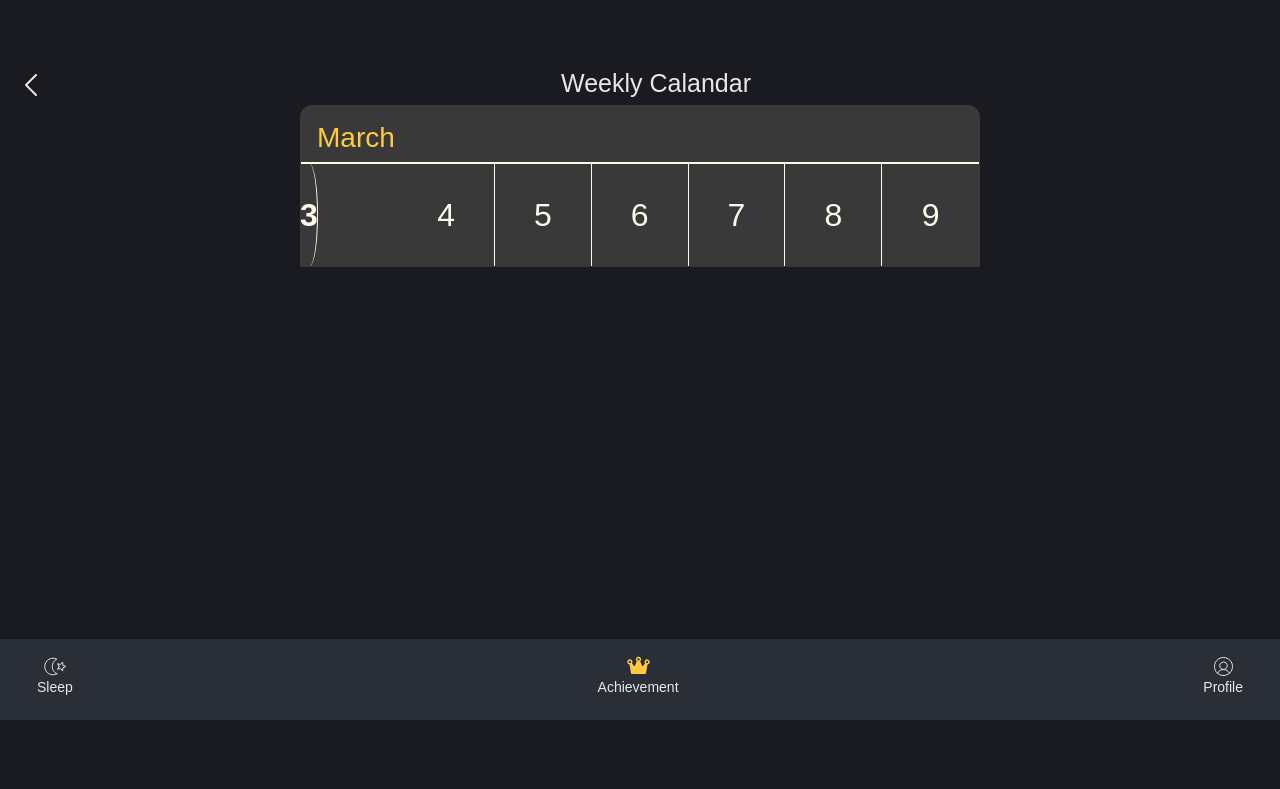
Repository: Crite-Spranberries/sleepixie_app
Page: /weeklyCalendarPage
These files come from the project's save history. The page is drawn as it stood at one moment and after the next save; the edit follows.
The browser window is 1280 px wide. The pictures show the whole page.
Some web fonts or font styles are not loaded; a fallback is used. The project was rebuilt for these pictures with package versions that can differ from the ones it lists, and the page was loaded fresh each time. The framework's server and built-in components were replaced by stand-ins that run in the browser. Also part of the build but not shown: next.config.mjs.

Above is the page before, as saved 2025-05-12 15:46:47.

### pages/_app.js
import '../styles/globals.css';

export default function MyApp({ Component, pageProps }) {
  return (
    <main>
      <Component {...pageProps} />
    </main>
  );
}

### pages/weeklyCalendarPage.js
'use client';
import { useRouter } from 'next/navigation';
import Link from 'next/link';
import NavigationBar from '@/components/Button/NavigationBar';
import HeaderComponent from '@/components/Button/HeaderComponent';
import WeeklyCalendar from '@/components/WeeklyCalendar';
export default function WeeklyCalendarPage() {
  const router = useRouter();
  return (
    <div>
      <HeaderComponent pageName="Weekly Calandar" pageLink="/index" />
      <WeeklyCalendar
        month="March"
        days={[3, 4, 5, 6, 7, 8, 9]}
        highlightDay={3}
      />
      <div className="navigationBarGlobal">
        <NavigationBar
          sleepIcon="/icons/StarAndCrescent.svg"
          achievementIcon="/icons/CrownSelected.svg"
          profileIcon="/icons/UserCircle.svg"
          pageName="Sleep"
          pageName2="Achievement"
          pageName3="Profile"
        />
      </div>
    </div>
  );
}

### styles/globals.css
@import url('https://fonts.googleapis.com/css2?family=Teachers:wght@100;200;300;400;500;600;700;800;900&display=swap');

/* Add any global styles below */
h4 {
  font-size: 25px;
  font-style: normal;
  font-weight: 300;
  line-height: normal;
  margin: 0;
  flex: 3;
  text-align: center;
}

.weeklyAchievement {
  margin: 84px 0 0 16px;
}

.myGoal {
  margin: 30px 0 23px 16px;
}
h3 {
  font-size: 32px;
  font-style: normal;
  font-weight: 100;
  line-height: 29px;
  margin-left: 16px;
}

.sleep,
.additional {
  font-size: 20px;
  font-style: normal;
  font-weight: 600;
  line-height: normal;
  margin-top: 30px;
  margin-bottom: 12px;
}

html {
  font-family: 'Teachers', sans-serif;
  background-color: #191b21;
  color: #e8e8e8;
  margin: 0;
  padding: 0;
}

body {
  margin: 0;
  padding: 0;
  height: 100vh;
  width: 100vw;
}

input {
  color: #ffcb3e;
  background: none;
  border: none;
  font-size: 16px;
  font-style: normal;
  font-weight: 400;
  line-height: normal;
  padding-left: 20px;
}

input::placeholder {
  color: #ffcb3e;
  opacity: 0.5;
}

.buttonContainer {
  width: 100%;
  padding: 0;
  margin-left: 16px;
  display: flex;
  flex-direction: column;
}

.navigationBarGlobal {
  position: fixed;
  left: 0;
  bottom: 0;
  width: 100%;
  background-color: #292e37;
  z-index: 1000;
  display: flex;
  justify-content: space-around;
  align-items: center;
  padding: 0;
}

.supplementList {
  display: flex;
  flex-direction: row;
  justify-content: center;
  flex-wrap: wrap;
  gap: 10px;
}

.searchContainer {
  display: flex;
  justify-content: center;
}

.calendar {
  margin: 60px 16px 0 16px;
  display: flex;
  align-items: center;
  justify-content: center;
}

.myGoalContainer {
  display: flex;
  flex-direction: row;
  justify-content: space-between;
  padding: 0 20.5px 0 20.5px;
}

.characterContainerProgress {
  width: 370px;
  height: 311px;
}

.character {
  margin: 10px 16px 0 16px;
}

.colorChipContainer {
  display: flex;
  flex-direction: row;
  justify-content: space-between;
  padding: 0 16px 0 16px;
}

.colorTheme {
  display: flex;
  justify-content: center;
  font-size: 20px;
  font-style: normal;
  font-weight: 400;
  line-height: normal;
  margin: 30px 0 30px 0;
}

### components/Button/NavigationBar.js
import styles from '@/components/Button/NavigationBar.module.css';
import Image from 'next/image';

const NavigationBar = ({
  pageName,
  pageName2,
  pageName3,
  sleepIcon,
  achievementIcon,
  profileIcon,
}) => {
  return (
    <div className={styles.navigationBar}>
      <div className={styles.navigationBarSleep}>
        <Image src={sleepIcon} alt="arrow-left" width={25} height={25} />
        <p className={styles.pageName}>{pageName}</p>
      </div>
      <div className={styles.navigationBarAchievement}>
        <Image src={achievementIcon} alt="arrow-left" width={25} height={25} />
        <p className={styles.pageName2}>{pageName2}</p>
      </div>
      <div className={styles.navigationBarProfile}>
        <Image src={profileIcon} alt="arrow-left" width={25} height={25} />
        <p className={styles.pageName3}>{pageName3}</p>
      </div>
    </div>
  );
};

export default NavigationBar;

### components/Button/HeaderComponent.js
import styles from './HeaderComponent.module.css';
import Image from 'next/image';
import Link from 'next/link';

const HeaderComponent = ({ pageName, pageLink }) => {
  return (
    <div className={styles.settingHeader}>
      <Link href={pageLink}>
        <Image
          src="/icons/CaretLeft.svg"
          alt="arrow-left"
          width={32}
          height={32}
        />
      </Link>
      <h4 className={styles.pageName}>{pageName}</h4>
    </div>
  );
};

export default HeaderComponent;

### components/WeeklyCalendar.js
import React from 'react';
import styles from './WeeklyCalendar.module.css';

export default function WeeklyCalendar({
  month = 'March',
  days = [3, 4, 5, 6, 7, 8, 9],
  highlightDay = 3,
}) {
  return (
    <div className={styles.calendarContainer}>
      <div className={styles.header}>{month}</div>
      <table className={styles.calendarTable}>
        <tbody>
          <tr>
            {days.map((day, idx) => (
              <td
                key={idx}
                className={day === highlightDay ? styles.highlight : styles.day}
              >
                {day}
              </td>
            ))}
          </tr>
        </tbody>
      </table>
    </div>
  );
}

### components/Button/NavigationBar.module.css
.navigationBar {
  /* display: inline-flex; */
  display: flex;
  flex-direction: row;
  /* width: 402px;
    min-height: 84px; */
  box-sizing: border-box;
  justify-content: space-between;
  align-items: center;
  background-color: #292e37;
  /* margin-top: 50px; */
  padding: 15px 37px 25px 37px;
  position: absolute;
  left: 0;
  right: 0;
  bottom: 0;
  width: 100%;
  z-index: 10;
  /* gap: 25px; */
}

.pageName,
.pageName2,
.pageName3 {
  font-size: 14px;
  font-style: normal;
  font-weight: 100;
  line-height: normal;
  text-align: center;
  color: #e8e8e8;
  margin: 0;
}

.navigationBarSleep {
  display: flex;
  flex-direction: column;
  align-items: center;
  justify-content: center;
  gap: 0;
}

.navigationBarAchievement {
  display: flex;
  flex-direction: column;
  align-items: center;
  justify-content: center;
  gap: 0;
}

.navigationBarProfile {
  display: flex;
  flex-direction: column;
  align-items: center;
  justify-content: center;
}

### components/Button/HeaderComponent.module.css
.settingHeader {
  display: flex;
  flex-direction: row;
  margin: 69px 16px 0 16px;
}

### components/WeeklyCalendar.module.css
.calendarContainer {
  background: #393939;
  border-radius: 12px 12px 0 0;
  width: 678px;
  color: #fff9ec;
  font-family: 'Teachers', sans-serif;
  border: 1px solid #393939;
  margin: 0 auto;
}

.header {
  font-size: 28px;
  font-weight: 400;
  color: #ffcb3e;
  padding: 16px 0 8px 16px;
  border-bottom: 2px solid #fff9ec;
  text-align: left;
}

.calendarTable {
  width: 100%;
  border-collapse: separate;
  border-spacing: 0;
  background: none;
}

.calendarTable td {
  width: 14.28%; /* 100% / 7 days */
  height: 100px;
  text-align: center;
  vertical-align: middle;
  font-size: 32px;
  border-right: 1px solid #fff9ec;
  border-bottom: none;
  border-top: none;
  border-left: none;
  background: none;
  color: #fff9ec;
  position: relative;
}

.calendarTable td:last-child {
  border-right: none;
}

.highlight {
  background: #ffcb3e;
  color: #393939;
  border-radius: 50%;
  width: 48px;
  height: 48px;
  display: inline-flex;
  align-items: center;
  justify-content: center;
  margin: 0 auto;
  font-weight: 600;
  font-size: 32px;
}
.day {
  font-weight: 400;
}

After the next save:
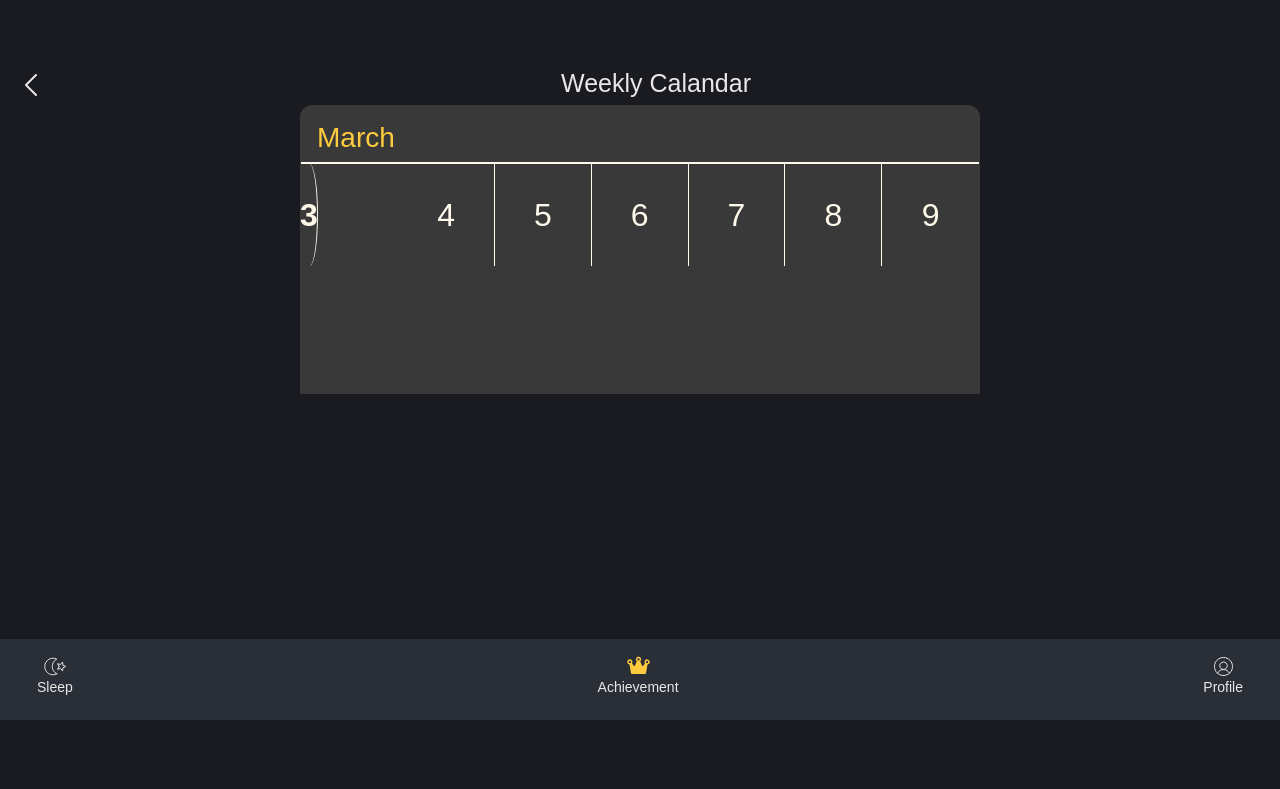
Saved 11 s later.
--- a/components/WeeklyCalendar.module.css
+++ b/components/WeeklyCalendar.module.css
@@ -2,6 +2,7 @@
   background: #393939;
   border-radius: 12px 12px 0 0;
   width: 678px;
+  height: 287px;
   color: #fff9ec;
   font-family: 'Teachers', sans-serif;
   border: 1px solid #393939;
